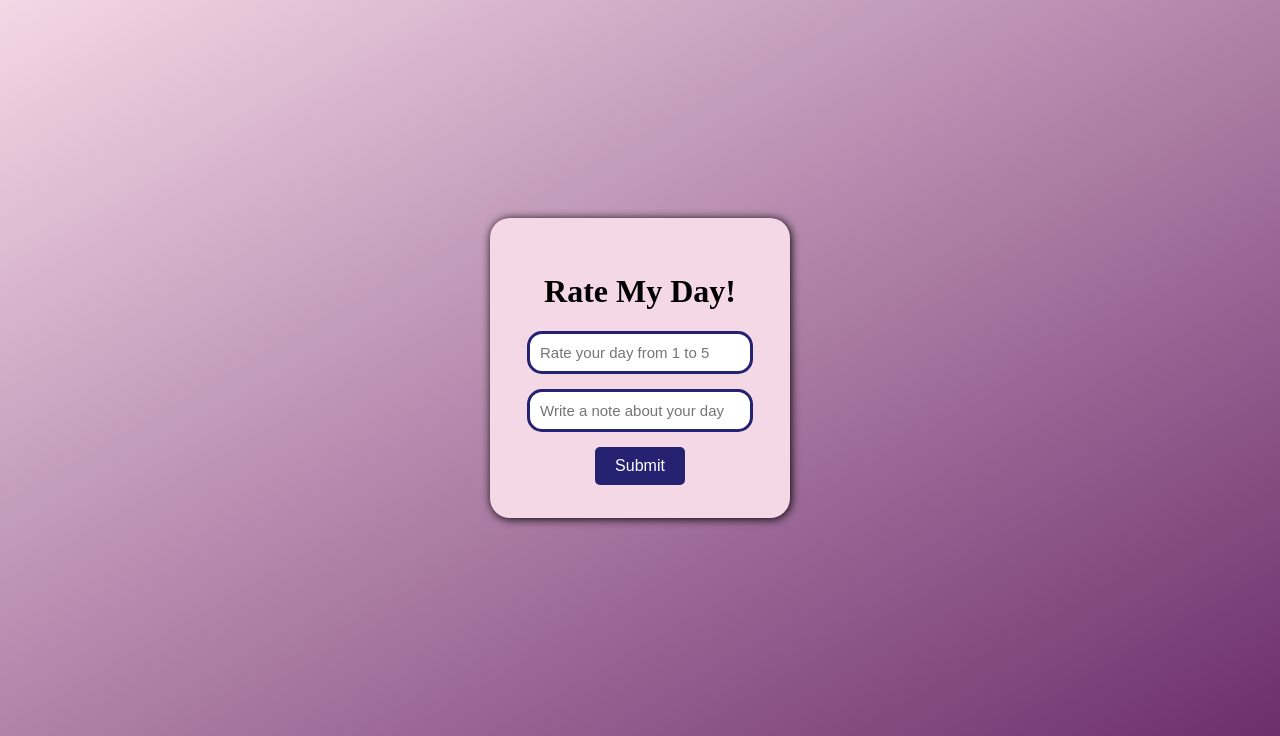
Repository: elenav24/RateMyDay
Page: frontend/index.html
An editor plug-in stored every save of this project. The page is shown before and after the next save, followed by the edit.
The browser window is 1280 px wide. The pictures show the whole page.

Above is the page before, as saved 2025-05-15 01:41:28.

After the next save:
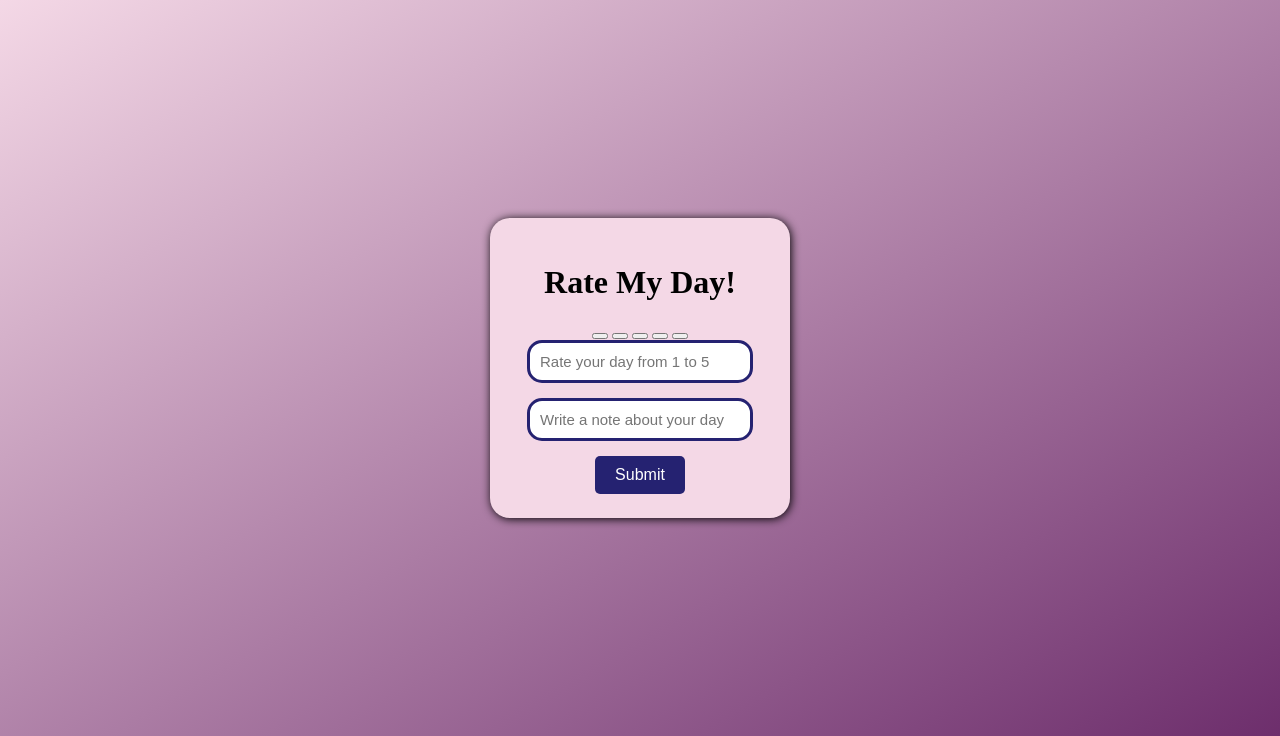
Saved 11 h 11 min later.
--- a/frontend/index.html
+++ b/frontend/index.html
@@ -11,6 +11,13 @@
     <body>
         <div class="container">
             <h1>Rate My Day!</h1>
+                <div class="stars">
+                    <button id="star5" data-value="5"></button>
+                    <button id="star4" data-value="4"></button>
+                    <button id="star3" data-value="3"></button>
+                    <button id="star2" data-value="2"></button>
+                    <button id="star1" data-value="1"></button>
+                </div>
             <input type="text" id="rating" placeholder="Rate your day from 1 to 5">
             <input type="text" id="note" placeholder="Write a note about your day">
             <button id="submit">Submit</button>
